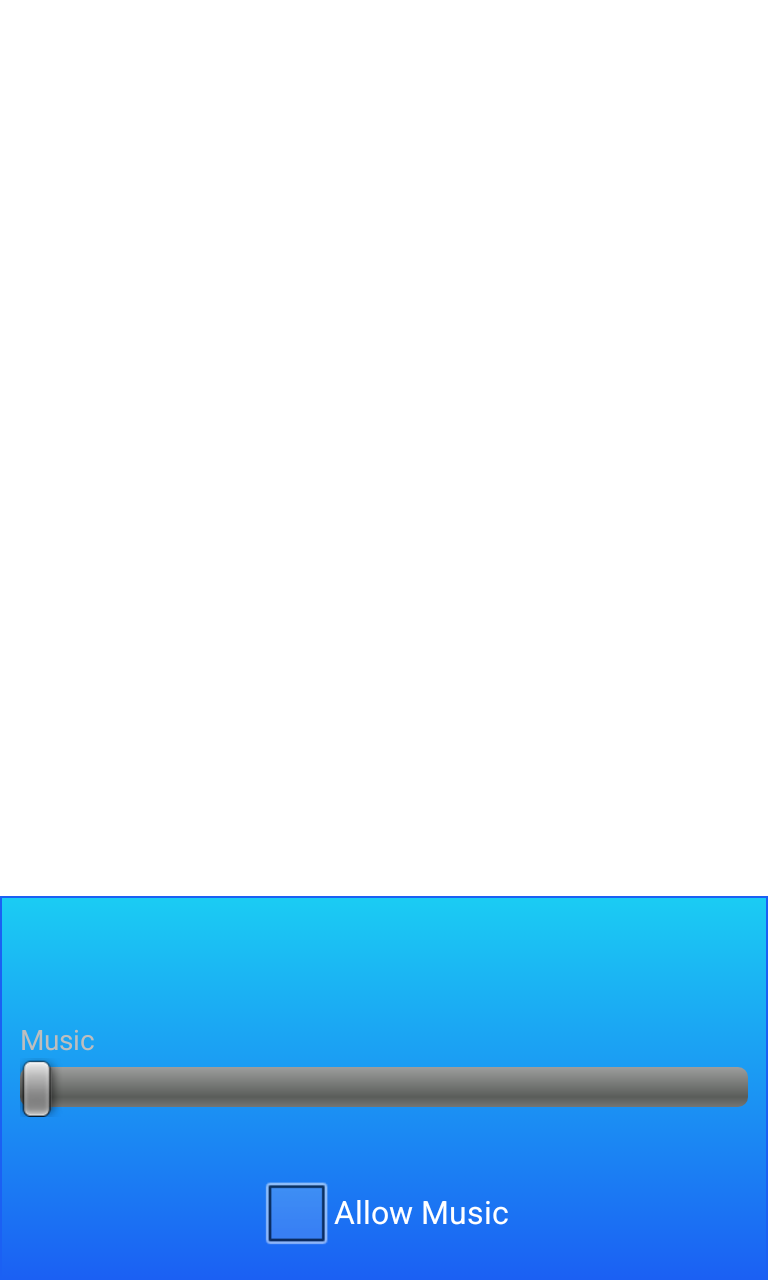
Repository: yuanpeixin/Project
Layout: GameForum/res/layout/setting.xml
The author's editor kept a copy of each file at every save. The layout is drawn from the files as they stood at one save, then again after the next save.
It is drawn on a 768 x 1280 px phone screen (xhdpi) without system bars, with theme android:Theme.Translucent; the app's code is not run.

Above is the layout before, as saved 2015-10-08 04:41:00.

### GameForum/res/layout/setting.xml
<?xml version="1.0" encoding="utf-8"?>
<LinearLayout xmlns:android="http://schemas.android.com/apk/res/android"
    android:layout_width="match_parent"
    android:layout_height="match_parent"
    android:orientation="vertical"
    android:weightSum="10" >

    <LinearLayout
        android:layout_width="match_parent"
        android:layout_height="match_parent"
        android:layout_weight="3" >
    </LinearLayout>

    <RelativeLayout
        android:layout_width="match_parent"
        android:layout_height="match_parent"
        android:layout_weight="7"
        android:background="@drawable/blue_gradient" >

        <SeekBar
            android:id="@+id/seekBar1"
            android:layout_width="match_parent"
            android:layout_height="wrap_content"
            android:layout_centerHorizontal="true"
            android:layout_centerVertical="true" />

        <TextView
            android:id="@+id/textView1"
            android:layout_width="wrap_content"
            android:layout_height="wrap_content"
            android:layout_above="@+id/seekBar1"
            android:layout_alignLeft="@+id/seekBar1"
            android:text="Music" />

        <CheckBox
            android:id="@+id/sCheckBox"
            android:layout_width="wrap_content"
            android:layout_height="wrap_content"
            android:layout_alignParentBottom="true"
            android:layout_centerHorizontal="true"
            android:defaultValue="true"
            android:text="Allow Music" />
    </RelativeLayout>

</LinearLayout>

### GameForum/res/drawable-hdpi/blue_gradient.xml
<?xml version="1.0" encoding="utf-8"?>
<selector xmlns:android="http://schemas.android.com/apk/res/android">

    <item android:state_pressed="true"><shape>
            <solid android:color="#1bccf3" />

            <stroke android:width="1dp" android:color="#1b60f3" />

            <padding android:bottom="10dp" android:left="10dp" android:right="10dp" android:top="10dp" />
        </shape></item>
    <item><shape>
            <gradient android:angle="270" android:endColor="#1b60f3" android:startColor="#1bccf3" />

            <stroke android:width="1dp" android:color="#1b60f3" />

            <padding android:bottom="10dp" android:left="10dp" android:right="10dp" android:top="10dp" />
        </shape></item>

</selector>

After the next save:
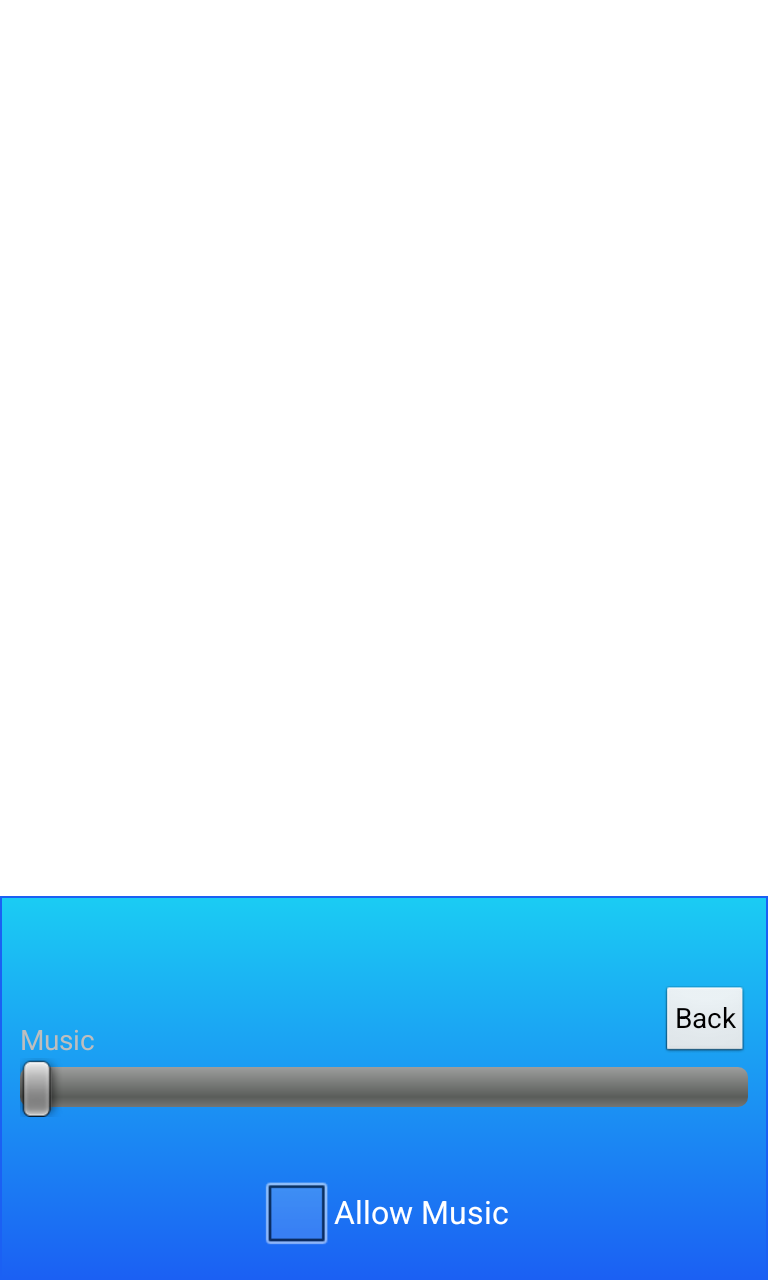
Saved 20 h 58 min later.
--- a/GameForum/res/layout/setting.xml
+++ b/GameForum/res/layout/setting.xml
@@ -40,6 +40,16 @@
             android:layout_centerHorizontal="true"
             android:defaultValue="true"
             android:text="Allow Music" />
+
+        <Button
+            android:id="@+id/sBack"
+            style="?android:attr/buttonStyleSmall"
+            android:layout_width="wrap_content"
+            android:layout_height="wrap_content"
+            android:layout_above="@+id/seekBar1"
+            android:layout_alignParentRight="true"
+            android:text="Back" />
+
     </RelativeLayout>
 
 </LinearLayout>
